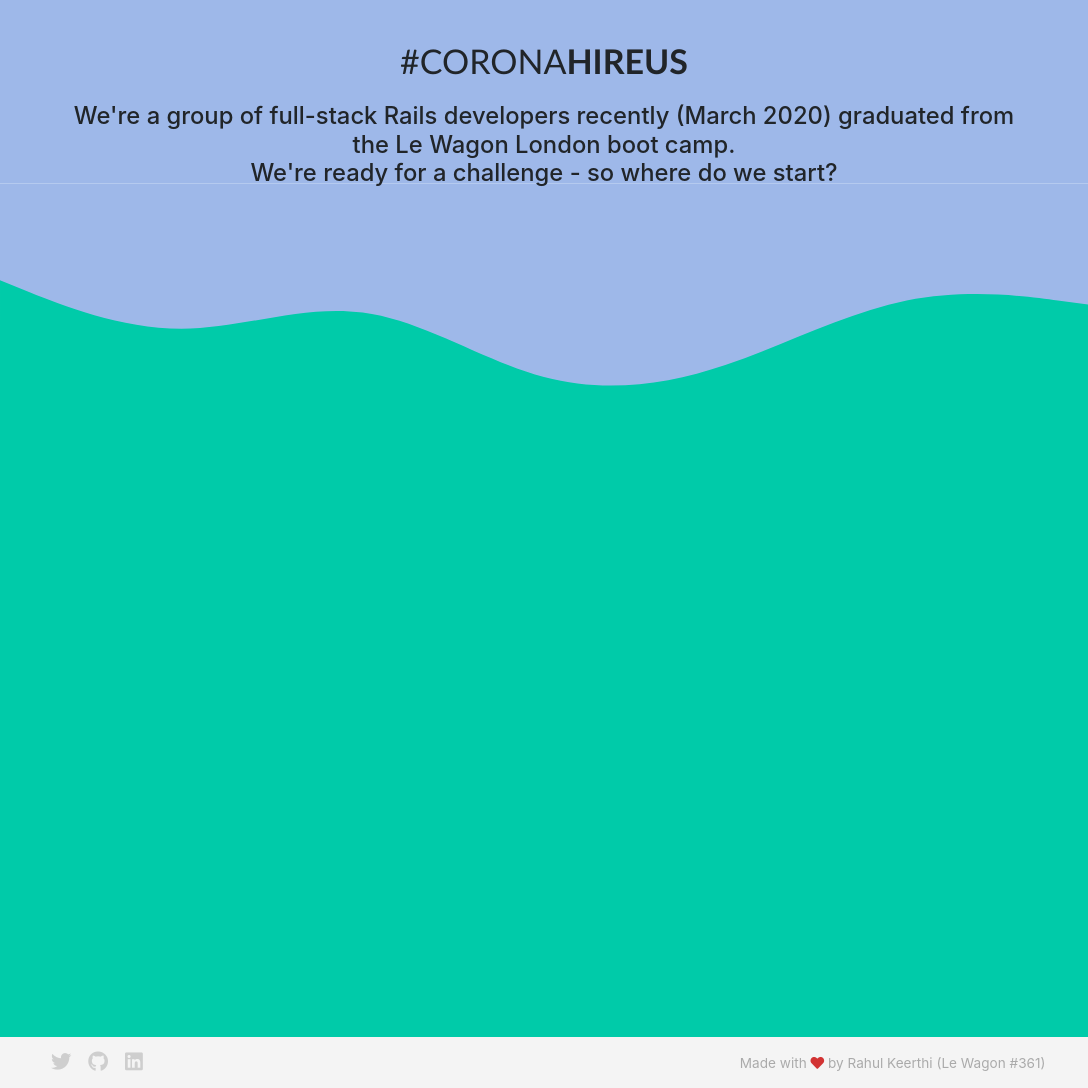
Repository: rahulkeerthi/coronahireus
Page: index.html
The author's editor kept a copy of each file at every save. The page is drawn from the files as they stood at one save, then again after a run of saves.
The browser window is 1280 px wide. The pictures show the whole page, at 85% of full size.
Some web libraries are served in a nearby version.

Above is the page before, as saved 2020-03-27 23:11:09.

After the next 3 saves:
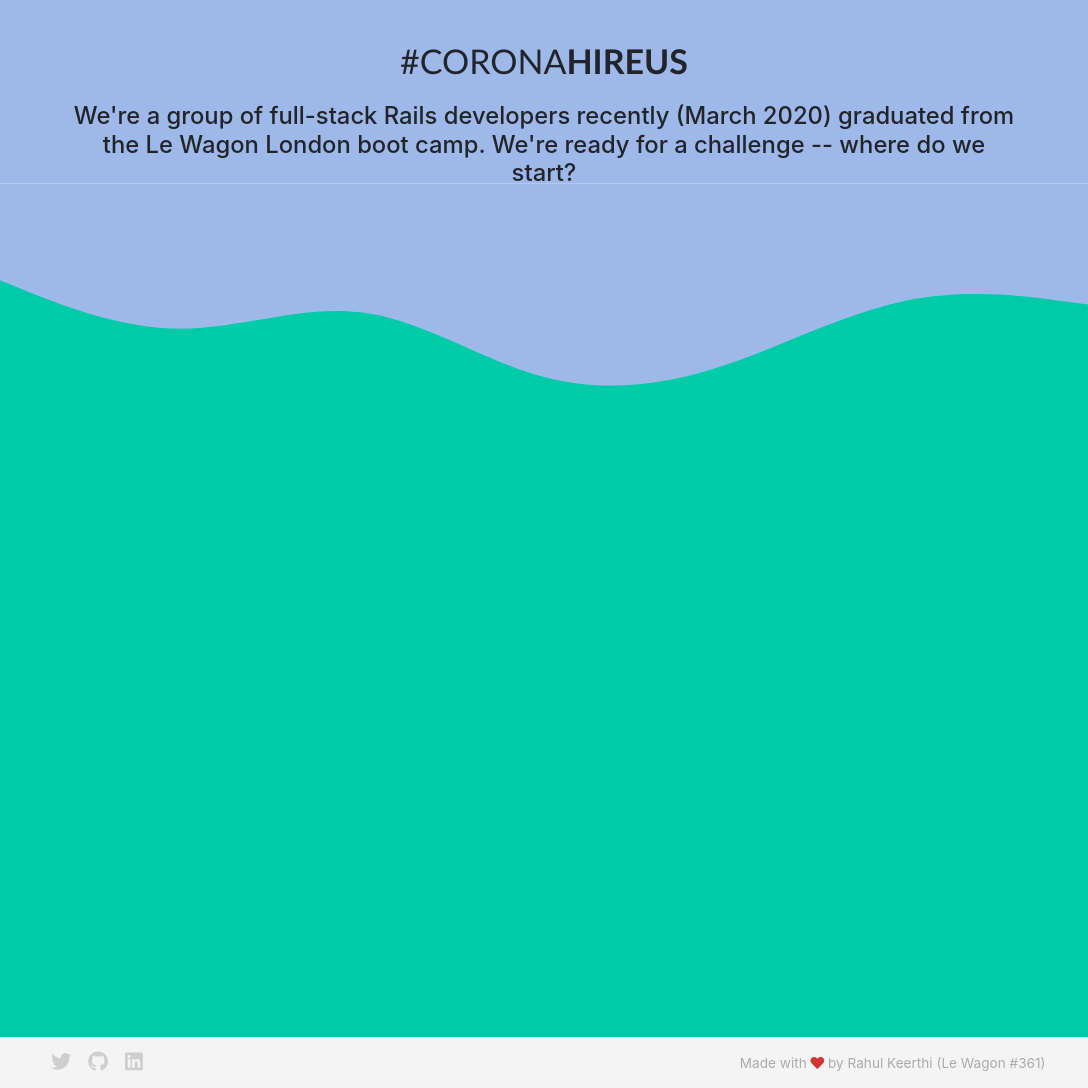
The 3 saves are shown as one change because they came seconds apart.
The last was saved 7 s later.
--- a/index.html
+++ b/index.html
@@ -16,7 +16,7 @@
         <div class="wrapper">
             <div class="sky text-center">
                 <h1 class="pt-5">#CORONA<strong>HIREUS</strong></h1>
-                <h3 class="container py-3">We're a group of full-stack Rails developers recently (March 2020) graduated from the Le Wagon London boot camp. <br>We're ready for a challenge - so where do we start?</h3>
+                <h3 class="container py-3">We're a group of full-stack Rails developers recently (March 2020) graduated from the Le Wagon London boot camp. We're ready for a challenge -- where do we start?</h3>
             </div>
             <div class="hills">
                 <svg xmlns="http://www.w3.org/2000/svg" viewBox="0 0 1440 320"><path fill="#00cba9" fill-opacity="1" d="M0,128L40,144C80,160,160,192,240,192C320,192,400,160,480,170.7C560,181,640,235,720,256C800,277,880,267,960,240C1040,213,1120,171,1200,154.7C1280,139,1360,149,1400,154.7L1440,160L1440,320L1400,320C1360,320,1280,320,1200,320C1120,320,1040,320,960,320C880,320,800,320,720,320C640,320,560,320,480,320C400,320,320,320,240,320C160,320,80,320,40,320L0,320Z"></path></svg>
